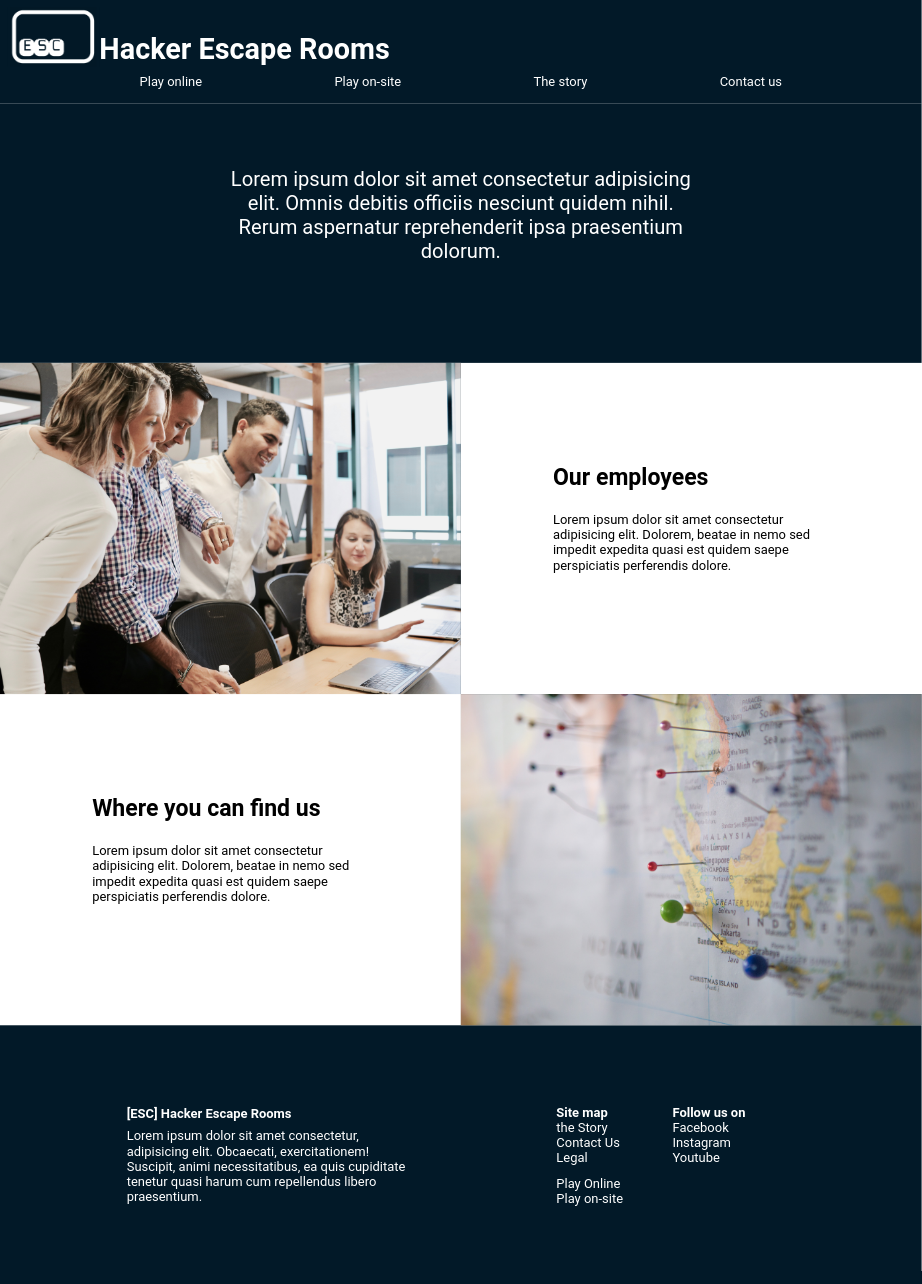
Repository: KarimIsaac/HackerEscapeRooms
Page: src/Pages/aboutus.html
An editor plug-in stored every save of this project. The page is shown before and after the next save, followed by the edit.
The browser window is 1280 px wide. The pictures show the whole page, at 72% of full size.
The page's requests for data from a server got no answer.

Above is the page before, as saved 2022-06-05 01:32:17.

### src/Pages/aboutus.html
<!DOCTYPE html>
<html lang="en">

<head>
    <meta charset="UTF-8">
    <meta http-equiv="X-UA-Compatible" content="IE=edge">
    <meta name="viewport" content="width=device-width, initial-scale=1.0">
    <!-- stylesheets -->
    <link rel="stylesheet" href="https://use.fontawesome.com/releases/v5.15.4/css/all.css"
        integrity="sha384-DyZ88mC6Up2uqS4h/KRgHuoeGwBcD4Ng9SiP4dIRy0EXTlnuz47vAwmeGwVChigm" crossorigin="anonymous">
    <link rel="stylesheet" href="../css/aboutUsMain.css">
    <link rel="stylesheet" href="https://use.fontawesome.com/releases/v5.15.4/css/all.css"
        integrity="sha384-DyZ88mC6Up2uqS4h/KRgHuoeGwBcD4Ng9SiP4dIRy0EXTlnuz47vAwmeGwVChigm" crossorigin="anonymous">
    <title>[ESC] challenges</title>
</head>

<body class="challengesPage">
    <header>
        <div class="logo-container">
            <picture>
                <img src="../img/esc-logo-img.jpg" alt="ESC logo">
                <source srcset="../img/esc-logo-img-mobile.jpg" media="(max-width: 800px)">
            </picture>
            <div class="logo-header-container">
                <h1>Hacker Escape Rooms</h1>
            </div>
        </div>
        <!-- menu-nav destop/mobile -->
        <nav class="header-nav">
            <ul class=" meny-hover-link">
                <li id="close-menyBtn"> <i class="fas fa-times"></i></li>
                <li><a href="#">Play online</a></li>
                <li><a href="#">Play on-site</a></li>
                <li><a href="#">The story</a></li>
                <li> <a href="#">Contact us</a></li>
            </ul>
        </nav>
        <button id="meny-btn"> <i class="fas fa-bars"></i></button>
    </header>
    <!-- ==========================  Start of main content  ========================= -->
    <!-- Main content-->
    <section id="story-article-container">
        <div>
            <h2>
                Lorem ipsum dolor sit amet consectetur adipisicing elit.
                Omnis debitis officiis nesciunt quidem nihil.
                Rerum aspernatur reprehenderit ipsa praesentium dolorum.
            </h2>
        </div>
    </section>

    <!-- grid section with articles -->
    <section id="grid-articles-container">
        <!-- img -->
        <picture class="grid-child-img grid-child-one">
            <img src="../img/Aboutus-employee.jpg" alt="image: office workers, in office working, on computer">
        </picture>
        <!-- text article one -->
        <article class="grid-child-text grid-child-two">
            <h2>
                Our employees
            </h2>
            <p>
                Lorem ipsum dolor sit amet consectetur adipisicing
                elit. Dolorem, beatae in nemo sed impedit
                expedita quasi est quidem saepe perspiciatis perferendis dolore.
            </p>
            <div>
            </div>
        </article>
        <!-- img -->
        <picture class="grid-child-img grid-child-three">
            <img src="../img/aboutus-findUs.jpg" alt="image: girl working att desktop-computer">
        </picture>
        <!-- text article two -->
        <article class="grid-child-text grid-child-four">
            <h2>
                Where you can find us
            </h2>
            <p>
                Lorem ipsum dolor sit amet consectetur adipisicing
                elit. Dolorem, beatae in nemo sed impedit
                expedita quasi est quidem saepe perspiciatis perferendis dolore.
            </p>
            <div></div>
        </article>
    </section>
    <!-- ========================= END of main content ========================== -->


    <footer>
        <div class="footer-information-container">
            <h3>[ESC] Hacker Escape Rooms</h3>
            <p>
                Lorem ipsum dolor sit amet consectetur, adipisicing elit. Obcaecati,
                exercitationem! Suscipit, animi necessitatibus, ea
                quis cupiditate tenetur quasi harum cum repellendus libero praesentium.
            </p>
        </div>
        <nav class="footer-nav">
            <!-- first nav-link list -->
            <ul class="meny-hover-link">
                <li class="bold-text">Site map</li>
                <li><a href="#"> the Story </a></li>
                <li><a href="#"> Contact Us</a></li>
                <li><a href="#"> Legal</a></li>
                <li class="margin-up"> <a href="#">Play Online</a></li>
                <li><a href="#"> Play on-site </a></li>
            </ul>
            <!--second nav-link list -->
            <ul class="meny-hover-link">
                <li class="bold-text">Follow us on</li>
                <li><a target="_blank" href="https://www.facebook.com">Facebook</a></li>
                <li><a target="_blank" href="https://www.instagram.com">Instagram</a></li>
                <li><a target="_blank" href="https://www.youtube.com">Youtube</a></li>
            </ul>
        </nav>
    </footer>
    <script type="module" src="../javascript/index.js"></script>
</body>

</html>

Loaded but not shown: src/javascript/functions/bookChallenge.js (123 lines, source omitted); src/javascript/functions/Filter/filterByRating.js (100 lines, source omitted); src/javascript/functions/Filter/filterByTag.js (96 lines, source omitted); src/javascript/functions/Filter/renderFilter.js (62 lines, source omitted); src/javascript/functions/render.js (57 lines, source omitted); src/javascript/functions/Filter/enableFilters.js (39 lines, source omitted); src/javascript/functions/Filter/filterByType.js (45 lines, source omitted); src/javascript/functions/mobileMeny.js (38 lines, source omitted); src/javascript/functions/Filter/renderFilterTags.js (28 lines, source omitted); src/javascript/functions/Filter/filterBySearch.js (26 lines, source omitted); src/javascript/functions/Filter/activeFilterCheck.js (22 lines, source omitted); src/javascript/index.js (26 lines, source omitted); src/javascript/functions/links.js (15 lines, source omitted); src/javascript/functions/renderStars.js (14 lines, source omitted); src/javascript/functions/renderChallenges.js (18 lines, source omitted); src/javascript/functions/noMatch.js (12 lines, source omitted); src/javascript/functions/fetchData.js (8 lines, source omitted); src/css/aboutUsMain.css (1018 lines, source omitted)

After the next save:
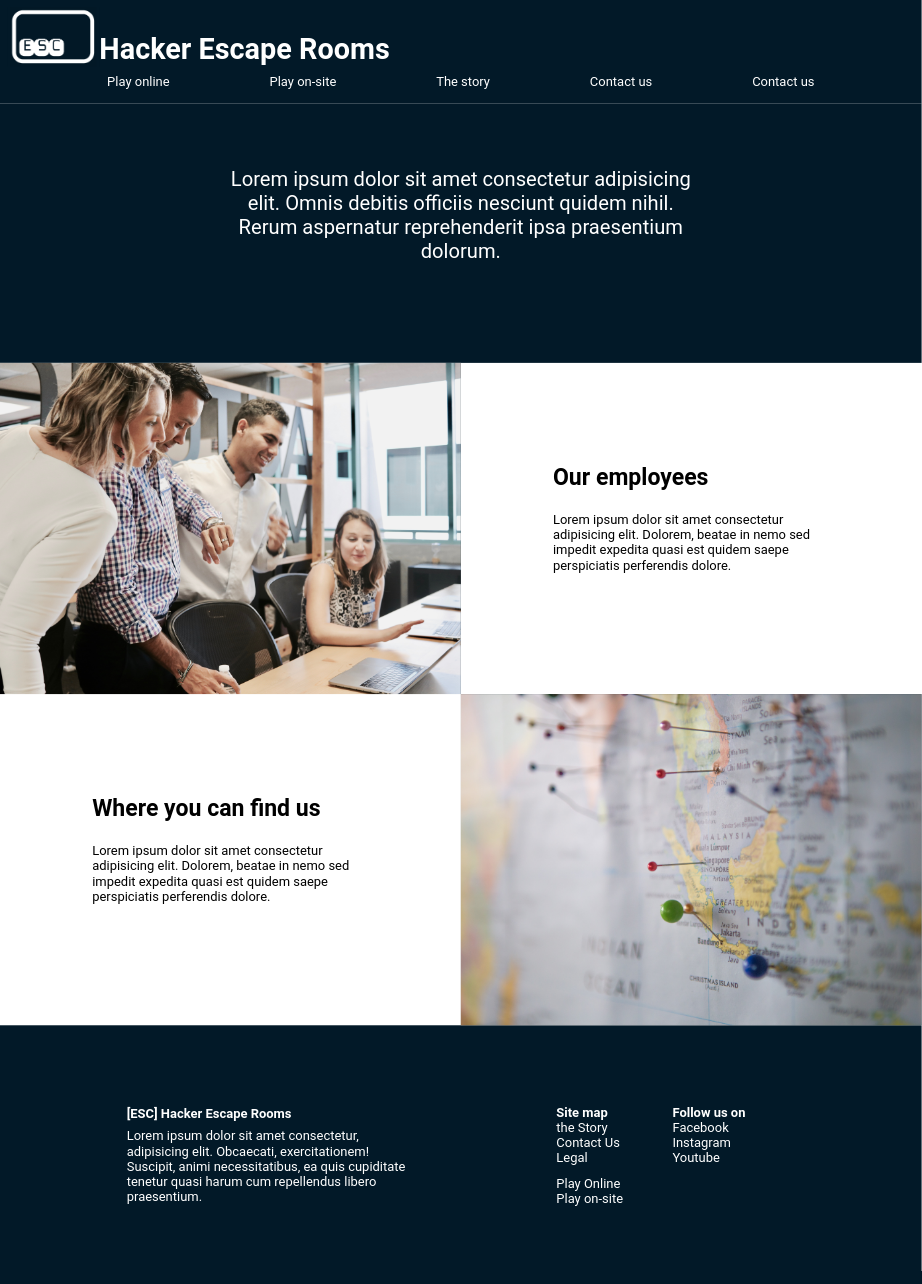
Saved 40 s later.
--- a/src/Pages/aboutus.html
+++ b/src/Pages/aboutus.html
@@ -32,6 +32,7 @@
                 <li><a href="#">Play online</a></li>
                 <li><a href="#">Play on-site</a></li>
                 <li><a href="#">The story</a></li>
+                <li> <a href="#">Contact us</a></li>
                 <li> <a href="#">Contact us</a></li>
             </ul>
         </nav>
